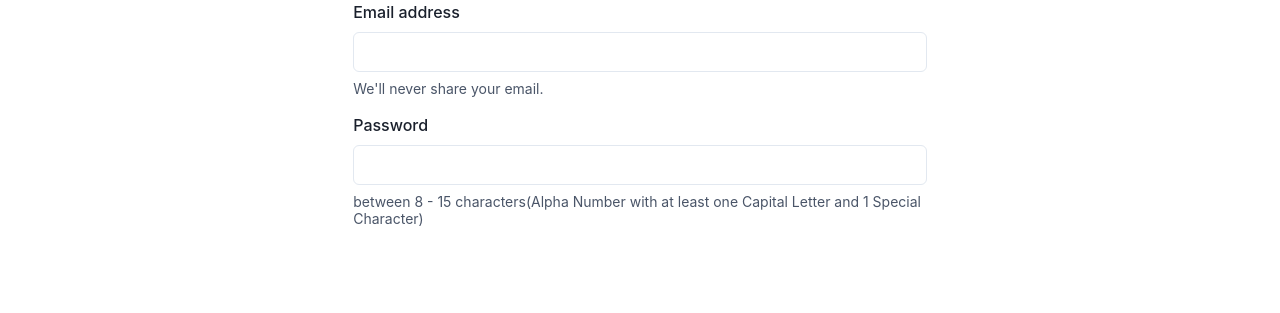
Repository: NeeleshRoy/synechron
Page: /
These files come from the project's save history. The page is drawn as it stood at one moment and after the next save; the edit follows.
The browser window is 1280 px wide. The pictures show the whole page.
The project was rebuilt for these pictures with package versions that can differ from the ones it lists, and the page was loaded fresh each time.

Above is the page before, as saved 2023-02-04 16:22:22.

After the next save:
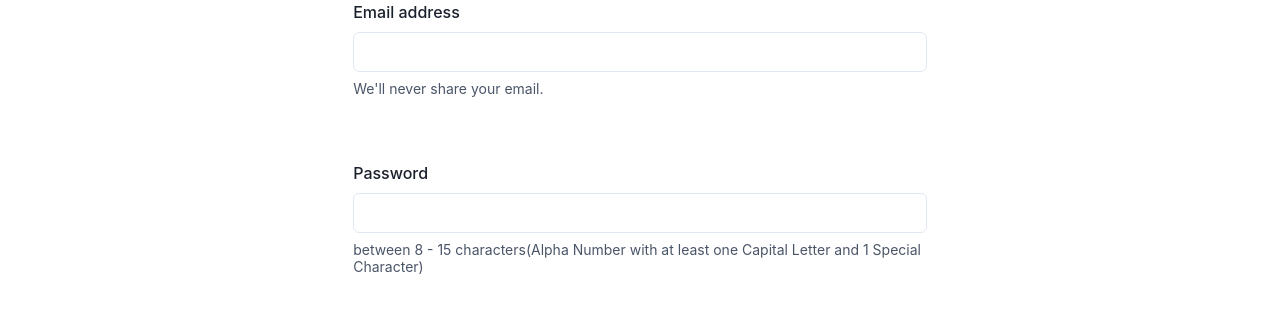
Saved 6 s later.
--- a/src/components/Home.jsx
+++ b/src/components/Home.jsx
@@ -15,7 +15,7 @@ const Home = () => {
             <FormHelperText>We'll never share your email.</FormHelperText>
           </FormControl>
 
-          <FormControl mt={4}>
+          <FormControl mt={16}>
             <FormLabel>Password</FormLabel>
             <Input type="password" />
             <FormHelperText>between 8 - 15 characters(Alpha Number with at least one Capital Letter and 1 Special Character)</FormHelperText>
